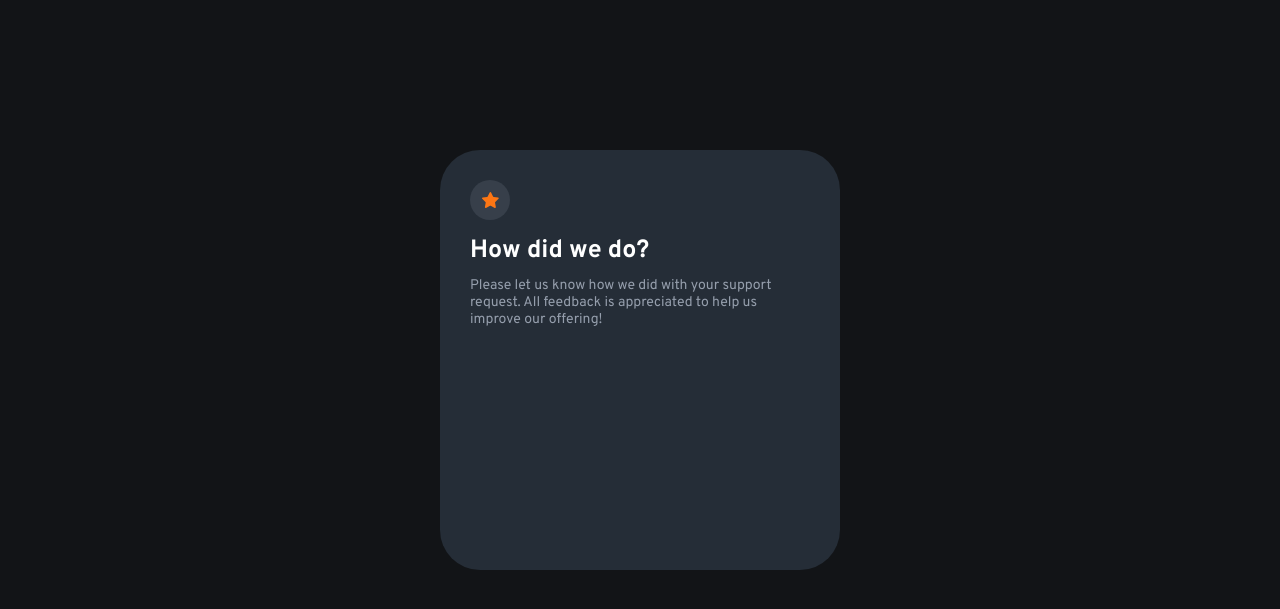
Repository: itbeginswithi/FrontebdMentor
Page: / (app in interactive-rating-component-main/)
An editor plug-in stored every save of this project. The page is shown before and after the next save, followed by the edit.
The browser window is 1280 px wide. The pictures show the whole page.
The project was rebuilt for these pictures with package versions that can differ from the ones it lists, and the page was loaded fresh each time.

Above is the page before, as saved 2022-07-23 19:31:56.

### interactive-rating-component-main/public/index.html
<!DOCTYPE html>
<html lang="en">
  <head>
    <meta charset="utf-8" />
    <link rel="icon" href="favicon-32x32.png" />
    <meta name="viewport" content="width=device-width, initial-scale=1" />
    <meta name="theme-color" content="#000000" />
    <meta
      name="description"
      content="Web site created using create-react-app"
    />
    <link rel="apple-touch-icon" href="%PUBLIC_URL%/logo192.png" />
    <link rel="manifest" href="%PUBLIC_URL%/manifest.json" />
    <title>React App</title>
  </head>
  <body>
    <noscript>You need to enable JavaScript to run this app.</noscript>
    <div id="root"></div>
  </body>
</html>

### interactive-rating-component-main/src/index.js
import React from 'react';
import ReactDOM from 'react-dom/client';
import './index.scss';
import App from './App';

const root = ReactDOM.createRoot(document.getElementById('root'));

root.render(
  <React.StrictMode>
    <App />
  </React.StrictMode>
);

### interactive-rating-component-main/src/index.scss
@import url('https://fonts.googleapis.com/css2?family=Overpass:wght@400;700&display=swap');

html{
  font-size: 62.5%;
}

body {
  box-sizing: border-box;
}

*,
*:before,
*:after {
  margin: 0;
  padding: 0;
  box-sizing: inherit;
}

### interactive-rating-component-main/src/App.js
import React, {useState} from 'react';

import IconStar from './images/icon-star.svg';
import './App.scss';

function App() {
  const [rating, setRating] = useState(null);

  return (
    <main>
      <div className="wrapper">

        {/* Rating */}
        <div className='rating__container'>
          <div className='rating__star'>
            <img src={IconStar} alt='Star Icon'/>
          </div>

          <div className='rating__info'>
            <h1>How did we do?</h1>
            <p>Please let us know how we did with your support request. All feedback is appreciated to help us improve our offering!</p>
          </div>
        </div>
        {/* Switches */}
      </div>
    </main>
  );
}

export default App;

### interactive-rating-component-main/src/App.scss
$primary: hsl(25, 97%, 53%);
$white: hsl(0, 0%, 100%);
$light-grey: hsl(217, 12%, 63%);
$medium-grey: hsl(216, 12%, 54%);
$dark-blue: hsl(213, 19%, 18%);
$very-dark-blue: hsl(216, 12%, 8%);

$fontsize: 1.5rem;
$regular: 400;
$bold: 700;

@mixin flex($direction: column, $ai: center, $jc: center, $gap: 0) {
    display: flex;
    flex-direction: $direction;
    align-items: $ai;
    justify-content: $jc;
    gap: $gap;
}

main{
    height: 100vh;
    width: 100vw;
    background-color: $very-dark-blue;

    @include flex($direction: row);
}

.wrapper{
    height: 42rem;
    width: min(90%, 40rem);
    background-color: $dark-blue;
    border-radius: 4rem;
    padding: 3rem;

    & .rating{
        &__container{
            @include flex($gap: 1.5rem, $ai: flex-start);
        }

        &__star{
            @include flex;

            height: 4rem;
            width: 4rem;

            background-color: rgba($medium-grey, 20%);
            border-radius: 100vmax;
        }

        &__info{
            h1,
            p{
                font-family: 'Overpass';
            }

            h1{
                color: $white;
                font-weight: $bold;
                font-size: 2.5rem;
                margin-bottom: 1rem;
            }

            p{
                color: $light-grey;
                font-weight: $regular;
                font-size: 1.4rem;
            }
        }
    }
}

After the next save:
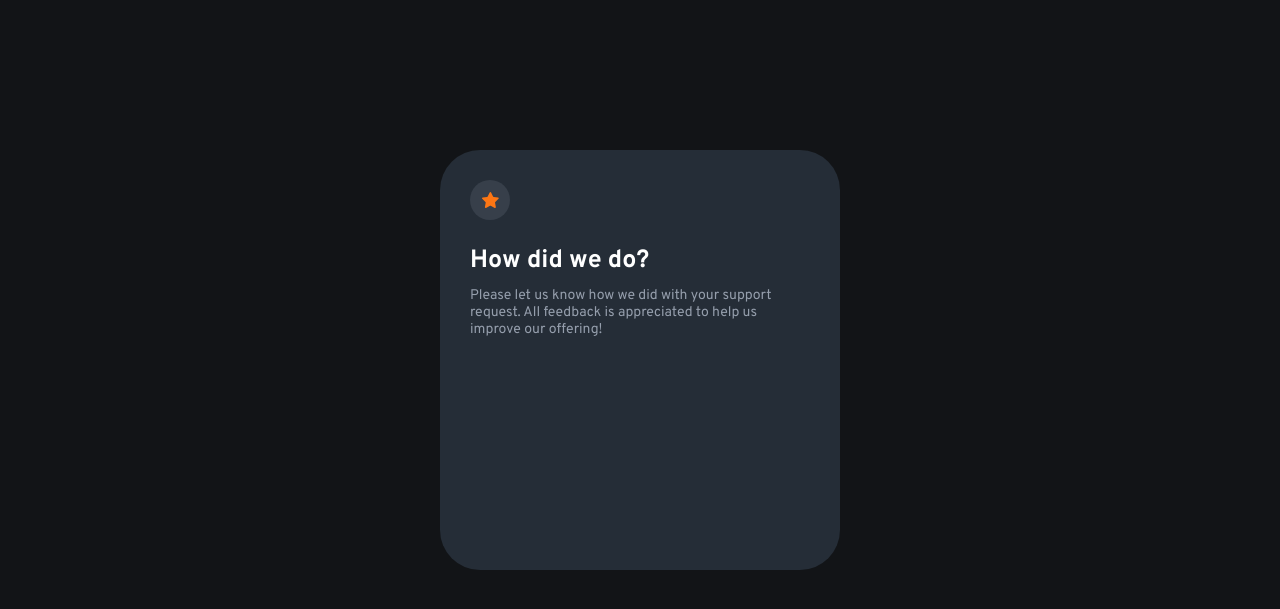
Saved 26 s later.
--- a/interactive-rating-component-main/src/App.scss
+++ b/interactive-rating-component-main/src/App.scss
@@ -34,7 +34,7 @@ main{
 
     & .rating{
         &__container{
-            @include flex($gap: 1.5rem, $ai: flex-start);
+            @include flex($gap: 2.5rem, $ai: flex-start);
         }
 
         &__star{
